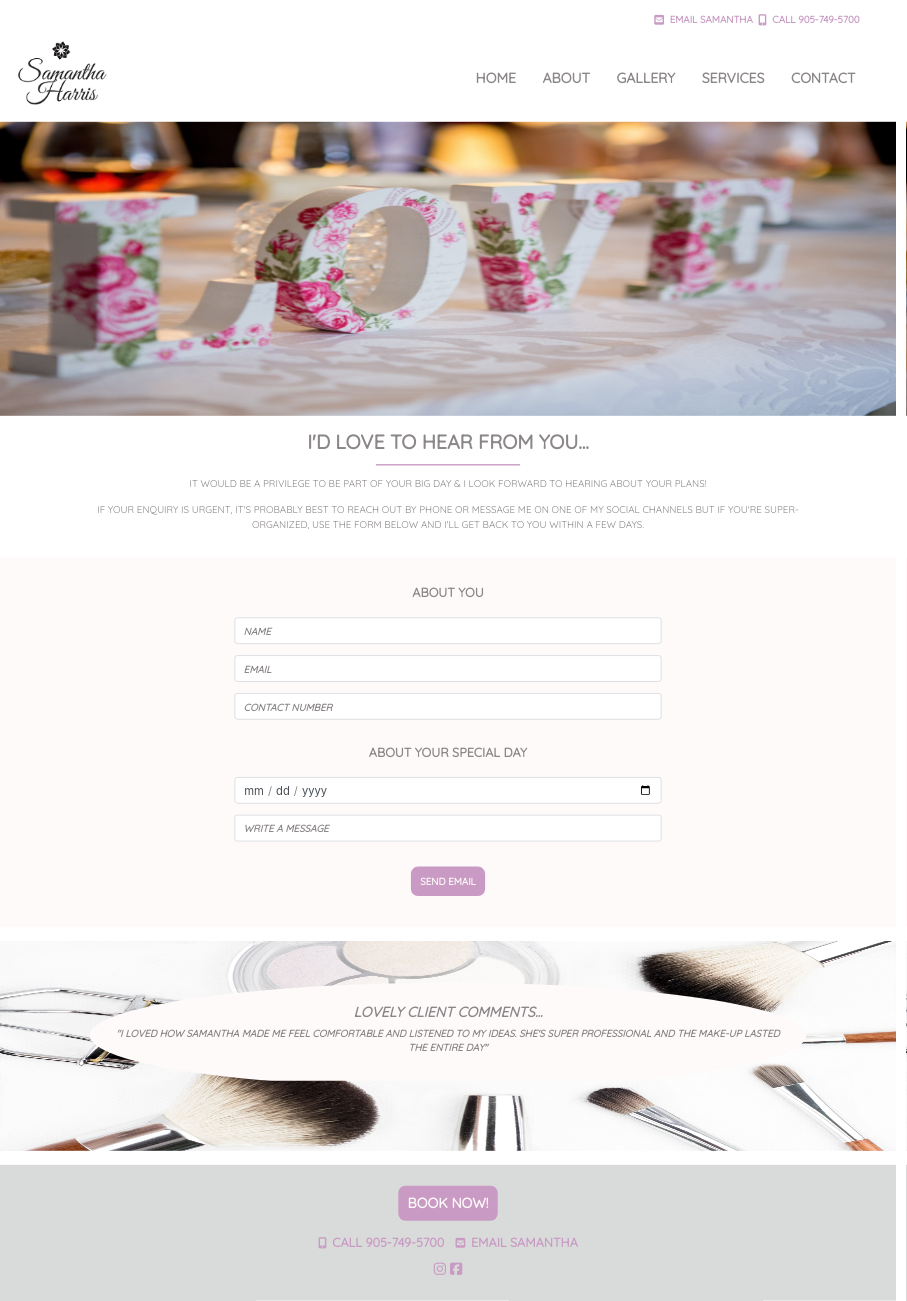
Repository: JayneyNix/milestone-1-UCFD
Page: contact.html
The author's editor kept a record of every edit. The page is drawn from the files as they stood at one moment, then again after the next edit.
The browser window is 1280 px wide. The page is 1295 px wide, so the pictures cover 1295 px, including what lies to the right of the window. The pictures show the whole page, at 70% of full size.
Some web libraries are served in a nearby version.

Above is the page before.

After the next edit:
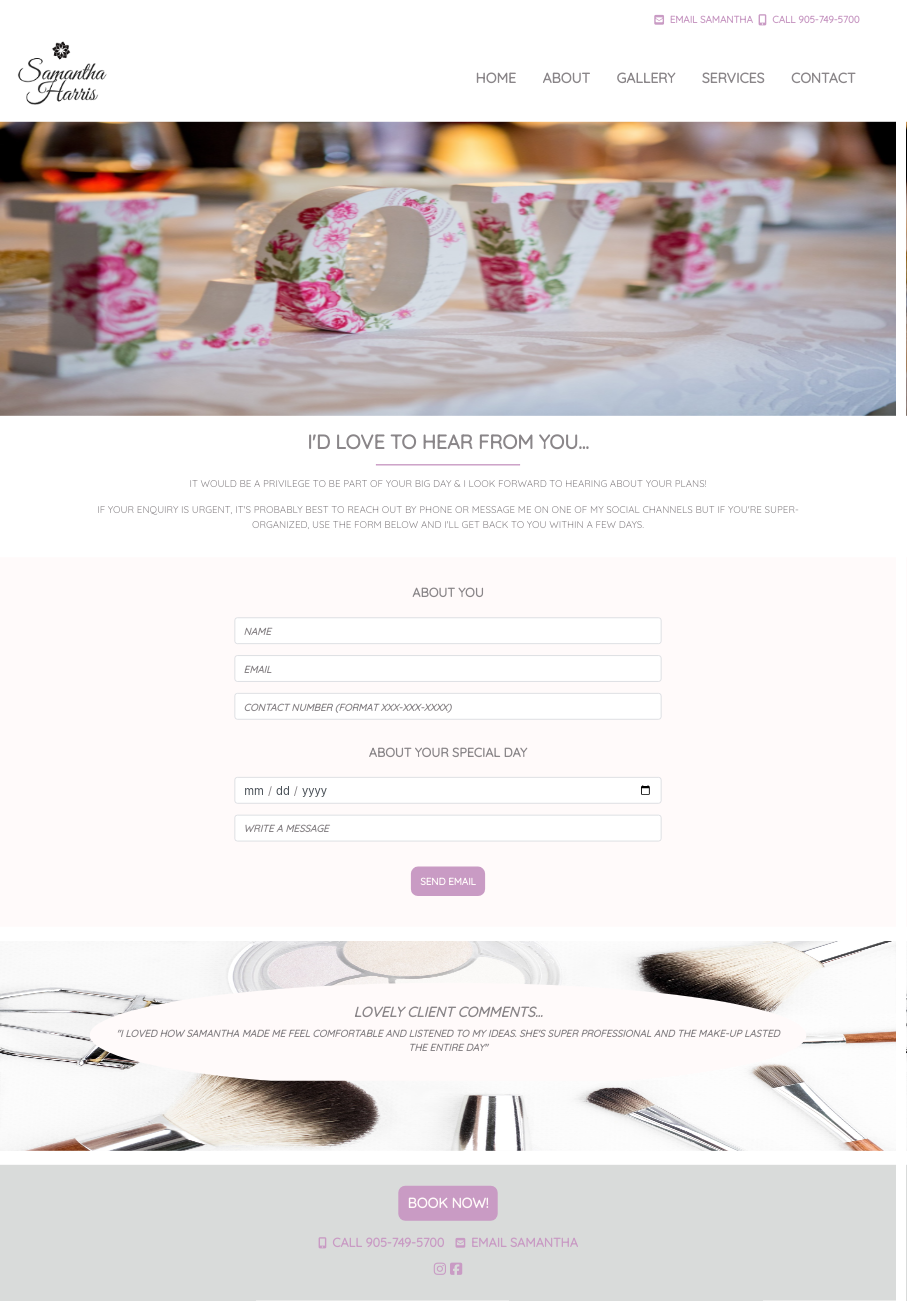
The edit:
--- a/contact.html
+++ b/contact.html
@@ -122,7 +122,8 @@
             </div>
             <div class="form-group row justify-content-center">
                 <div class="col-6">
-                    <input type="number" class="form-control" id="number" placeholder="Contact Number" required>
+                    <input type="tel" class="form-control" id="phone" name="phone" placeholder="Contact Number (format xxx-xxx-xxxx)" pattern="[0-9]{3}-[0-9]{3}-[0-9]{4}"
+       required>
                 </div>
             </div>
             <div class="form-group row row-second-section justify-content-center">
